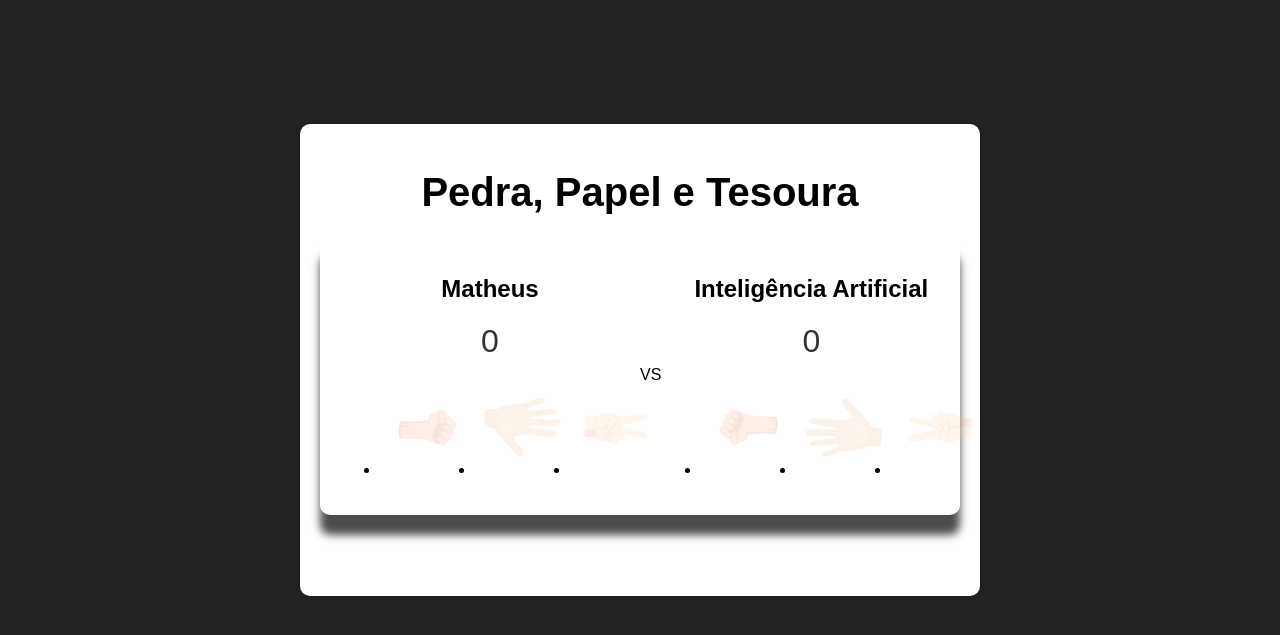
Repository: Matheus904-12/Pedra-Papel
Page: index.html
An editor plug-in stored every save of this project. The page is shown before and after the next save, followed by the edit.
The browser window is 1280 px wide. The pictures show the whole page.

Above is the page before, as saved 2023-08-28 22:26:36.

### index.html
<!DOCTYPE html>
<html lang="en">
<head>
    <meta charset="UTF-8">
    <meta name="viewport" content="width=device-width, initial-scale=1.0">
    <title>Pedra, Papel e Tesoura</title>
    <link rel="stylesheet" href="style.css">
    <script src="script.js"></script>
</head>
<body>
    <center>
    <div class="box">
        <div class="container">
            <h1 id="titulo">Pedra, Papel e Tesoura</h1>
            <div class="placar" id="placar">
                <div class="jogador">
                    <h2 id="jogadorNome">Matheus</h2>
                    <p id="jogadorPontos">0</p>
                    <ul class="escolhas" id="jogadorEscolha">
                        <li>
                            <a id="jogadorEscolha1" class="escolha" onclick="jogar(1)">
                                <img src="img/1-removebg-preview.png" alt="">
                            </a>
                        </li>
                        <li>
                            <a id="jogadorEscolha2" class="escolha" onclick="jogar(2)">
                                <img src="img/2-removebg-preview.png" alt="">
                            </a>
                        </li>
                        <li>
                            <a id="jogadorEscolha3" class="escolha" onclick="jogar(3)">
                                <img src="img/3-removebg-preview.png" alt="">
                            </a>
                        </li>
                    </ul>
                </div>
                <div id="versus">VS</div>
                <div class="computador">
                    <h2 id="computadorNome">Inteligência Artificial</h2>
                    <p id="computadorPontos">0</p>
                    <ul class="escolhas" id="computadorEscolha">
                        <li>
                            <a id="computadorEscolha1" class="escolha">
                                <img src="img2/1.png" alt="">
                            </a>
                        </li>
                        <li>
                            <a id="computadorEscolha2" class="escolha">
                                <img src="img2/2.png" alt="">
                            </a>
                        </li>
                        <li>
                            <a id="computadorEscolha3" class="escolha">
                                <img src="img2/3.png" alt="">
                            </a>
                        </li>
                    </ul>
                </div>
            </div>
            <div class="mensagem"><p id="mensagem"class="result-message">&nbsp;</p>
    </div>
</center>
</body>
</html>

### style.css
/* Estilos para as escolhas do jogador e do computador */
ul#jogadorEscolha li a,
ul#computadorEscolha li a {
    opacity: 0.2;
    transition: ease-in-out 0.3s;
}

ul#jogadorEscolha li a:hover,
ul#jogadorEscolha li a.selecionado,
ul#computadorEscolha li a.selecionado {
    opacity: 1;
}

/* Estilos gerais */
body {
    font-family: 'Arial', sans-serif;
    background-color: #222;
    margin: 0;
    padding: 0;
    transition: background-color 0.5s ease;
    display: flex;
    align-items: center;
    justify-content: center;
    min-height: 100vh;
}

/* Estilo do container principal */
.box {
    display: flex;
    flex-direction: column;
    align-items: center;
    justify-content: center;
    background-color: #fff;
    box-shadow: 0 0 10px rgba(0, 0, 0, 0.1);
    border-radius: 10px;
    padding: 20px;
    margin: 20px;
}

/* Estilo do título */
#titulo {
    font-size: 2.5rem;
    color: #000;
    margin-bottom: 20px;
}

/* Estilo do placar */
.placar {
    display: flex;
    align-items: center;
    justify-content: space-between;
    padding: 20px;
    background-color: #fff;
    border-radius: 10px;
    box-shadow: 0 20px 8px rgba(0, 0, 0, 0.7);
    width: 100%;
    max-width: 600px;
    margin-top: 20px;
}

.jogador,
.computador {
    width: 50%;
}

.jogador p,
.computador p {
    font-size: 2rem;
    color: #333;
    margin: 0;
}

.escolhas {
    display: flex;
    justify-content: space-around;
    margin-top: 20px;
}

.escolhas img {
    max-width: 95px;
    cursor: pointer;
    transition: transform 0.3s ease;
    margin: ;
}

.escolhas img:hover {
    transform: scale(1.1);
}

/* Estilo do resultado/mensagem */
.result-message {
    font-size: 1.2rem;
    margin-top: 20px;
    color: #000;
}

.result-message.vitoria {
    color: #4CAF50;
}

.result-message.derrota {
    color: #FF5733;
}

.result-message.empate {
    color: #FFC300;
}

/* Estilo do botão reiniciar */
.reiniciar-jogo {
    background-color: #3498db;
    border: none;
    color: white;
    padding: 10px 20px;
    text-align: center;
    text-decoration: none;
    display: inline-block;
    font-size: 16px;
    border-radius: 5px;
    cursor: pointer;
    transition: background-color 0.3s ease;
    margin-top: 20px;
}

.reiniciar-jogo:hover {
    background-color: #2980b9;
}

/* Estilo do histórico */
.historico {
    text-align: center;
    margin-top: 20px;
}

.historico-toggle {
    background-color: #333;
    border: none;
    color: white;
    padding: 5px 10px;
    font-size: 14px;
    border-radius: 5px;
    cursor: pointer;
    transition: background-color 0.3s ease;
}

.historico-toggle:hover {
    background-color: #222;
}

.historico-list {
    list-style: none;
    padding: 0;
    display: none;
    text-align: left;
}

.historico-list li {
    font-size: 14px;
    margin-bottom: 5px;
    color: #fff;
}

### script.js
let jogadorEscolha = 0;
let jogadorPontos = 0;
let computadorEscolha = 0;
let computadorPontos = 0;
let ganhador = -1;
let historico = [];

function jogar(escolha){
    jogadorEscolha = escolha;
    computadorEscolha = Math.floor(Math.random() * 3) + 1;


/*PEDRA = 1
  PAPEL = 2
  TESOURA = 3
*/

if (jogadorEscolha == 1 && computadorEscolha == 1) {
    ganhador = 0;
    //*PEDRA = PEDRA*//
} else if (jogadorEscolha == 1 && computadorEscolha == 2) {
    ganhador = 2;
    //PEDRA E PAPEL = PAPEL//
} else if (jogadorEscolha == 1 && computadorEscolha == 3) {
    ganhador = 1;
    //PEDRA E TESOURA = PEDRA//
} else if (jogadorEscolha == 2 && computadorEscolha == 1) {
    ganhador = 1;
    //PAPEL E PEDRA = PEDRA
} else if (jogadorEscolha == 2 && computadorEscolha == 2) {
    ganhador =  0;
    //PAPEL E PAPEL = NADA
} else if (jogadorEscolha == 2 && computadorEscolha == 3) {
    ganhador = 2;
    //PAPEL E TESOURA = TESOURA
} else if (jogadorEscolha == 3 && computadorEscolha == 1) {
    ganhador = 2;
    //TESOURA E PEDRA = PEDRA
} else if (jogadorEscolha == 3 && computadorEscolha == 2) {
    ganhador = 1;
    //TESOURA E PAPEL = TESOURA
} else if (jogadorEscolha == 3 && computadorEscolha == 3) {
    ganhador = 0;
    //TESOURA E TESOURA = EMPATE
}


document.getElementById('jogadorEscolha1').classList.remove('selecionado');
document.getElementById('jogadorEscolha2').classList.remove('selecionado');
document.getElementById('jogadorEscolha3').classList.remove('selecionado');
document.getElementById('computadorEscolha1').classList.remove('selecionado');
document.getElementById('computadorEscolha2').classList.remove('selecionado');
document.getElementById('computadorEscolha3').classList.remove('selecionado');



document.getElementById('jogadorEscolha'+jogadorEscolha).classList.add('selecionado');
document.getElementById('computadorEscolha'+computadorEscolha).classList.add('selecionado');


/*
EMPATE = 0;
JOGADOR = 1;
COMPUTADOR = 2;
*/


// Atualizar placar
if (ganhador === 1) {
    jogadorPontos++;
} else if (ganhador === 2) {
    computadorPontos++;
}

document.getElementById('jogadorPontos').textContent = jogadorPontos;
document.getElementById('computadorPontos').textContent = computadorPontos;


// Mensagem do resultado
let mensagem = '';
if (ganhador === 1) {
    mensagem = 'Você venceu!';
} else if (ganhador === 2) {
    mensagem = 'Você perdeu!';
} else {
    mensagem = 'Empate!';
}

// Adicionar ao histórico
historico.push({
    jogador: jogadorEscolha,
    computador: computadorEscolha,
    resultado: ganhador
});

// Atualizar elementos na página
document.getElementById('jogadorPontos').textContent = jogadorPontos;
document.getElementById('computadorPontos').textContent = computadorPontos;
document.querySelector('.result-message').textContent = mensagem;
document.querySelector('.result-message').className = `result-message ${ganhadorClass}`;

// Exibir histórico
mostrarHistorico();

// Adicionar classe de estilo à mensagem
let mensagemElement = document.getElementById('mensagem');
mensagemElement.classList.remove('vitoria', 'derrota', 'empate');
if (ganhador === 1) {
    mensagemElement.classList.add('vitoria');
} else if (ganhador === 2) {
    mensagemElement.classList.add('derrota');
} else {
    mensagemElement.classList.add('empate');
}
}

function mostrarHistorico() {
let historicoList = document.getElementById('historico-list');
historicoList.innerHTML = '';

for (let i = 0; i < historico.length; i++) {
    let item = historico[i];
    let resultado = '';
    if (item.resultado === 1) {
        resultado = 'Vitória';
    } else if (item.resultado === 2) {
        resultado = 'Derrota';
    } else {
        resultado = 'Empate';
    }

    let listItem = document.createElement('li');
    listItem.textContent = `Jogador: ${item.jogador} | Computador: ${item.computador} | Resultado: ${resultado}`;
    historicoList.appendChild(listItem);
}


document.getElementById('historico-toggle').addEventListener('click', function() {
    const historicoList = document.querySelector('.historico-list');
    historicoList.style.display = historicoList.style.display === 'none' ? 'block' : 'none';
    this.textContent = historicoList.style.display === 'none' ? 'Ver Histórico' : 'Esconder Histórico';
});

// Mensagem do resultado
let mensagem = '';
if (ganhador === 1) {
    mensagem = 'Você venceu!';
} else if (ganhador === 2) {
    mensagem = 'Você perdeu!';
} else {
    mensagem = 'Empate!';
}

// Adicionar ao histórico
historico.push({
    jogador: jogadorEscolha,
    computador: computadorEscolha,
    resultado: ganhador
});


// Atualizar elementos na página
document.getElementById('jogadorPontos').textContent = jogadorPontos;
document.getElementById('computadorPontos').textContent = computadorPontos;
document.querySelector('.result-message').textContent = mensagem;
document.querySelector('.result-message').className = `result-message ${ganhadorClass}`;


 // Adicionar classe de estilo à mensagem
let mensagemElement = document.querySelector('.mensagem');
mensagemElement.classList.remove('vitoria', 'derrota', 'empate');
if (ganhador === 1) {
    mensagemElement.classList.add('vitoria');
} else if (ganhador === 2) {
    mensagemElement.classList.add('derrota');
} else {
    mensagemElement.classList.add('empate');
}

// Atualizar estilo da página com base no resultado
document.querySelector('.box').className = `box ${ganhadorClass}`;




// Atualizar cor de fundo com base no resultado
if (ganhador === 1) {
    document.body.style.backgroundColor = '#4CAF50'; // Verde
} else if (ganhador === 2) {
    document.body.style.backgroundColor = '#FF5733'; // Vermelho
} else {
    document.body.style.backgroundColor = '#FFC300'; // Amarelo
}


// Selecionar escolha do jogador
document.getElementById(`jogadorEscolha${jogadorEscolha}`).classList.add('selecionado');


// Atualizar escolhas do jogador
document.getElementById(`jogadorEscolha${jogadorEscolha}`).classList.add('selecionado');
document.getElementById(`computadorEscolha${computadorEscolha}`).classList.add('selecionado');

// Atualizar estilo da página com base no resultado
document.querySelector('.box').className = `box ${ganhadorClass}`;

// Função para reiniciar o jogo
function reiniciarJogo() {
    jogadorPontos = 0;
    computadorPontos = 0;
    historico = [];
    limparEscolhas();
    atualizarPlacar();
    limparMensagem();
    mostrarHistorico();
    resetarEstiloPagina();
}

// Limpar escolhas selecionadas
function limparEscolhas() {
    document.querySelectorAll('.escolha').forEach(element => {
        element.classList.remove('selecionado');
    });
}

// Atualizar placar
function atualizarPlacar() {
    document.getElementById('jogadorPontos').textContent = jogadorPontos;
    document.getElementById('computadorPontos').textContent = computadorPontos;
}

// Limpar mensagem do resultado
function limparMensagem() {
    document.querySelector('.result-message').textContent = '';
    document.querySelector('.mensagem').className = 'mensagem';
}

// Resetar estilo da página
function resetarEstiloPagina() {
    document.querySelector('.box').className = 'box';
}

// Botão de reiniciar o jogo
document.getElementById('reiniciar-jogo').addEventListener('click', function() {
    reiniciarJogo();
});


// Função para reiniciar o jogo
function reiniciarJogo() {
    jogadorPontos = 0;
    computadorPontos = 0;
    historico = [];
    limparEscolhas();
    atualizarPlacar();
    limparMensagem();
    mostrarHistorico();
    resetarEstiloPagina();
}

// Limpar escolhas selecionadas
function limparEscolhas() {
    document.querySelectorAll('.escolha').forEach(element => {
        element.classList.remove('selecionado');
    });
}

// Atualizar placar
function atualizarPlacar() {
    document.getElementById('jogadorPontos').textContent = jogadorPontos;
    document.getElementById('computadorPontos').textContent = computadorPontos;
}

// Limpar mensagem do resultado
function limparMensagem() {
    document.querySelector('.result-message').textContent = '';
    document.querySelector('.mensagem').className = 'mensagem';
}

// Resetar estilo da página
function resetarEstiloPagina() {
    document.querySelector('.box').className = 'box';
}

// Botão de reiniciar o jogo
document.getElementById('reiniciar-jogo').addEventListener('click', function() {
    reiniciarJogo();
});


}

After the next save:
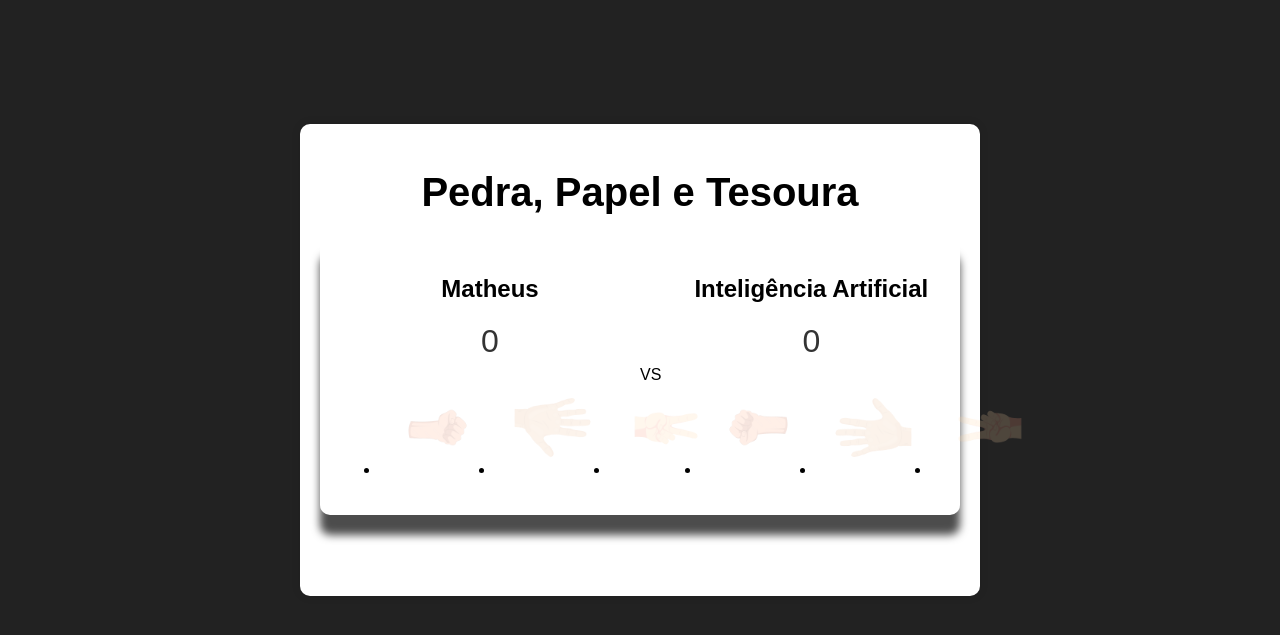
Saved 5 s later.
--- a/style.css
+++ b/style.css
@@ -80,7 +80,7 @@ body {
     max-width: 95px;
     cursor: pointer;
     transition: transform 0.3s ease;
-    margin: ;
+    margin: 0 10px;
 }
 
 .escolhas img:hover {
